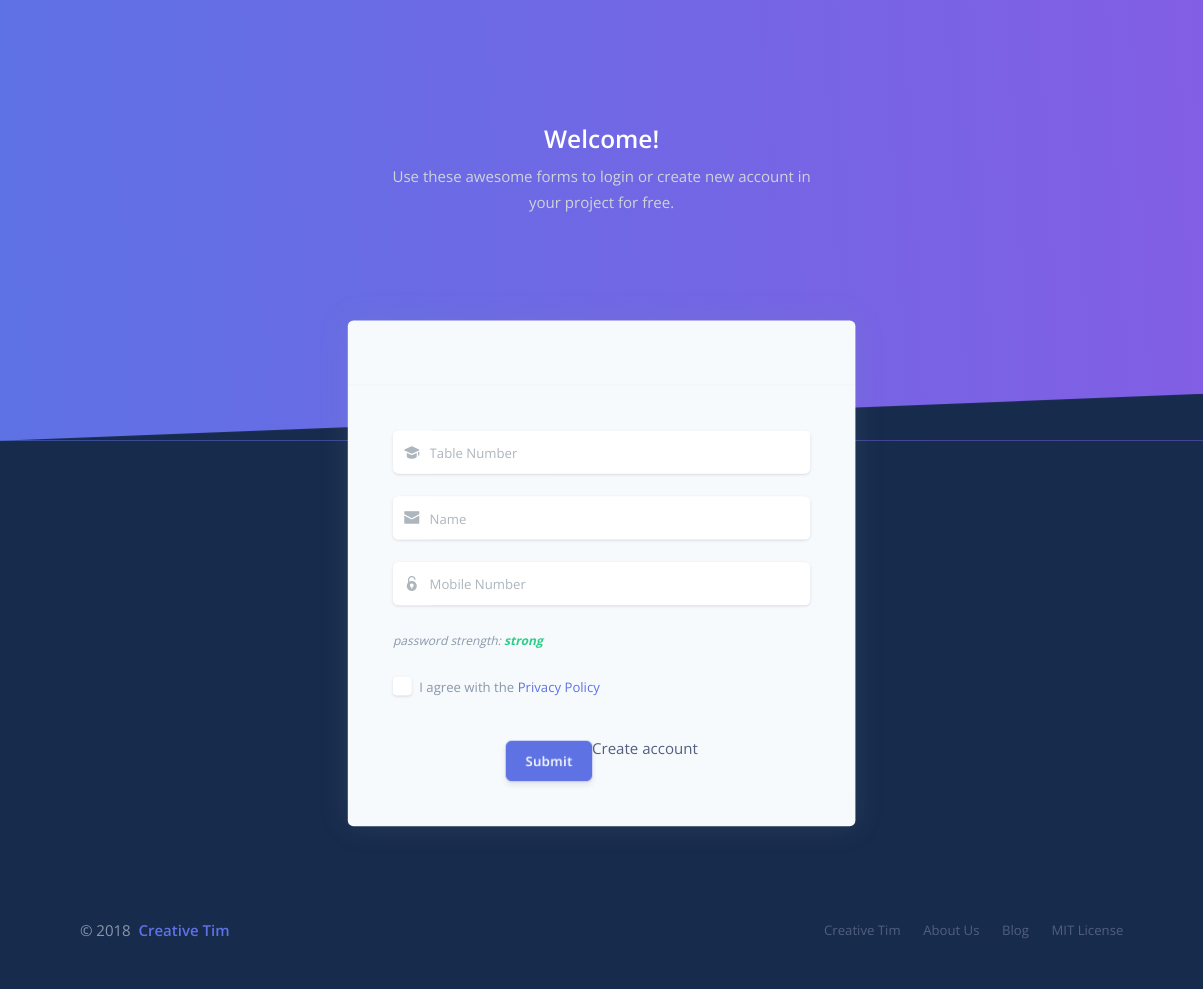
Repository: Hareeshgoli/restuarnt
Page: http://localhost/Items
An editor plug-in stored every save of this project. The page is shown before and after the next save, followed by the edit.
The browser window is 1280 px wide. The pictures show the whole page, at 94% of full size.
The page is this project's Thymeleaf template; nobody is signed in. The template is opened directly, without the code that normally fills it, so the values that code supplies are empty.

Above is the page before, as saved 2020-02-28 08:57:42.

After the next save:
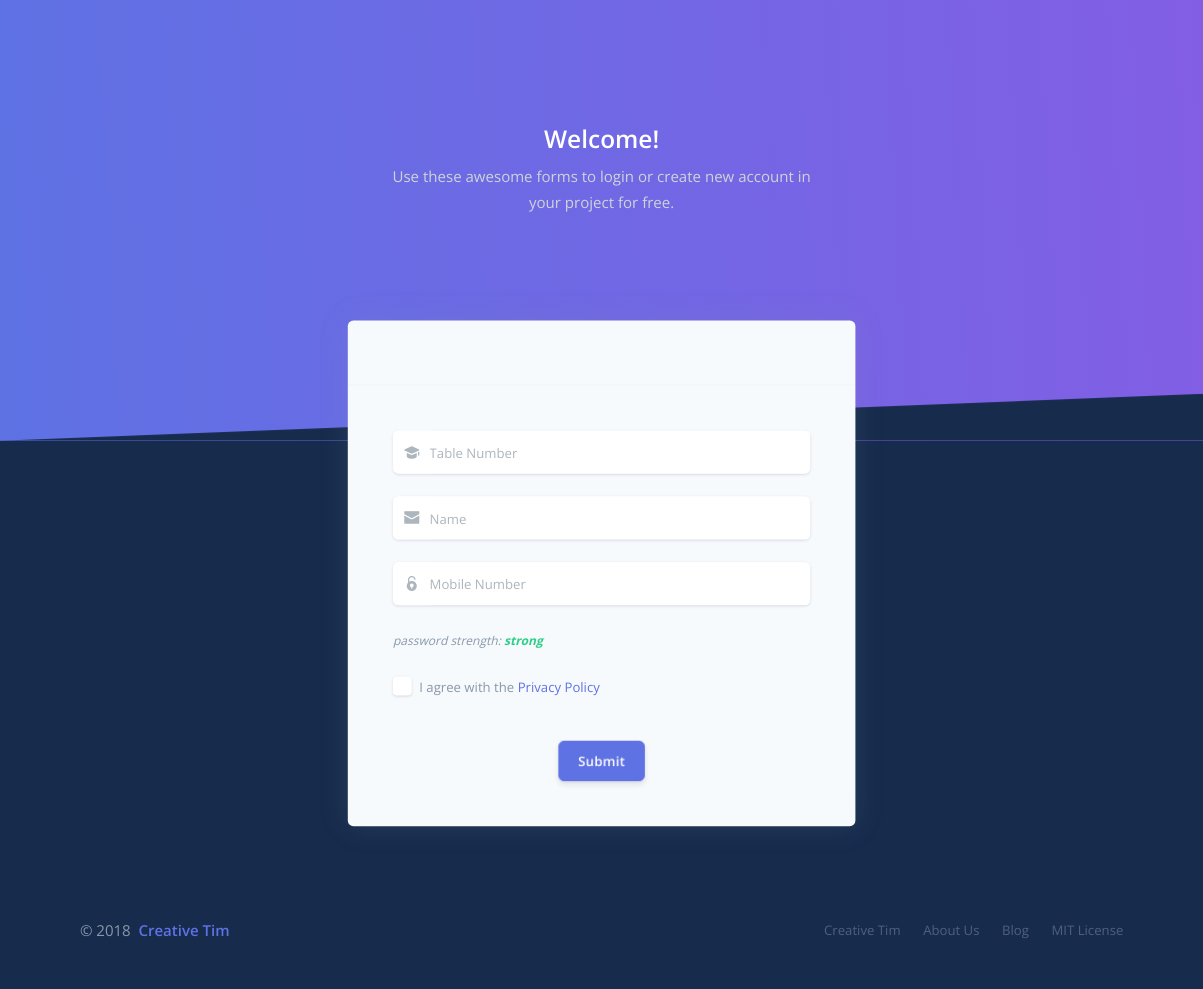
Saved 27 s later.
--- a/resturant/src/main/resources/templates/Items.html
+++ b/resturant/src/main/resources/templates/Items.html
@@ -155,7 +155,7 @@
                   </div>
                 </div>
                 <div class="text-center">
-                  <input type="submit" class="btn btn-primary mt-4">Create account</input>
+                  <input type="submit" class="btn btn-primary mt-4"></input>
                 </div>
               </form>
             </div>
